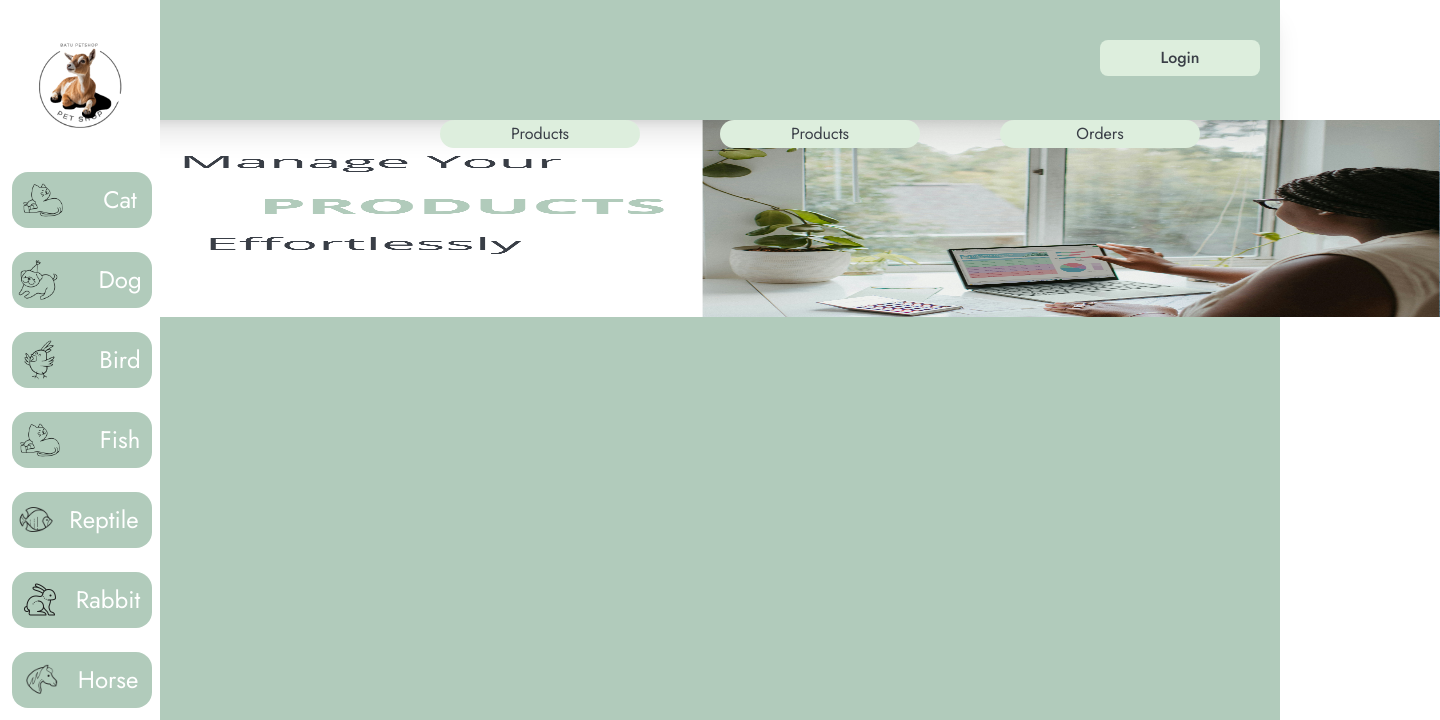
Repository: batu-call/batu-petshop
Page: /main (app in petshopp-appAdmin/admin/)
The author's editor kept a copy of each file at every save. The page is drawn from the files as they stood at one save, then again after the next save.
The browser window is 1280 px wide. The page is 1440 px wide, so the pictures cover 1440 px, including what lies to the right of the window. The pictures show the whole page.
The project was rebuilt for these pictures with package versions that can differ from the ones it lists, and the page was loaded fresh each time. The framework's server and built-in components were replaced by stand-ins that run in the browser. Also part of the build but not shown: petshopp-appAdmin/admin/next.config.ts.

Above is the page before, as saved 2025-09-21 01:50:44.

### petshopp-appAdmin/admin/src/app/layout.tsx
import type { Metadata } from "next";
import { Jost } from 'next/font/google';
import "./globals.css";

const jost = Jost({
  subsets: ['latin'],
  weight: ['400', '500', '700'],
});


export const metadata: Metadata = {
  title: "Batu Petshop AdminPanel",
  description: "Generated by create next app",
   icons: {
    icon: '/favicon.ico',
  },
};

export default function RootLayout({
  children,
}: Readonly<{
  children: React.ReactNode;
}>) {
  return (
    <html lang="en">
      <body
        className={`antialiased ${jost.className}`}
      >
        {children}
      </body>
    </html>
  );
}

### petshopp-appAdmin/admin/src/app/main/layout.tsx
import Main from "./controller/Main"

export default function MainLayout({ children }: { children: React.ReactNode }) {
  return <Main>{children}</Main>
}

### petshopp-appAdmin/admin/src/app/main/page.tsx
import React from 'react'
import Main from './controller/Main'


const page = () => {
  return (
    <div>
        <Main />
    </div>
  )
}

export default page

### petshopp-appAdmin/admin/src/app/globals.css
@import "tailwindcss";
@import "tw-animate-css";

@custom-variant dark (&:is(.dark *));

@layer utilities {
  .bg-primary {
    background-color: #B1CBBB;
  }
  .bg-secondary {
    background-color: #DDEEDD;
  }
  .bg-secondary_20 {
    background-color: rgba(221, 238, 221, 0.2);
  }
  .text-jost {
    font-family: 'Jost',sans-serif;
  }
  .text-color {
    color: #393E46;
  }
  .text-color2 {
    color: #B1CBBB;
  }
}

body {
  font-family: 'Jost', Arial, Helvetica, sans-serif
}

@theme inline {
  --radius-sm: calc(var(--radius) - 4px);
  --radius-md: calc(var(--radius) - 2px);
  --radius-lg: var(--radius);
  --radius-xl: calc(var(--radius) + 4px);
  --color-background: var(--background);
  --color-foreground: var(--foreground);
  --color-card: var(--card);
  --color-card-foreground: var(--card-foreground);
  --color-popover: var(--popover);
  --color-popover-foreground: var(--popover-foreground);
  --color-primary: var(--primary);
  --color-primary-foreground: var(--primary-foreground);
  --color-secondary: var(--secondary);
  --color-secondary-foreground: var(--secondary-foreground);
  --color-muted: var(--muted);
  --color-muted-foreground: var(--muted-foreground);
  --color-accent: var(--accent);
  --color-accent-foreground: var(--accent-foreground);
  --color-destructive: var(--destructive);
  --color-border: var(--border);
  --color-input: var(--input);
  --color-ring: var(--ring);
  --color-chart-1: var(--chart-1);
  --color-chart-2: var(--chart-2);
  --color-chart-3: var(--chart-3);
  --color-chart-4: var(--chart-4);
  --color-chart-5: var(--chart-5);
  --color-sidebar: var(--sidebar);
  --color-sidebar-foreground: var(--sidebar-foreground);
  --color-sidebar-primary: var(--sidebar-primary);
  --color-sidebar-primary-foreground: var(--sidebar-primary-foreground);
  --color-sidebar-accent: var(--sidebar-accent);
  --color-sidebar-accent-foreground: var(--sidebar-accent-foreground);
  --color-sidebar-border: var(--sidebar-border);
  --color-sidebar-ring: var(--sidebar-ring);
}

:root {
  --radius: 0.625rem;
  --background: oklch(1 0 0);
  --foreground: oklch(0.145 0 0);
  --card: oklch(1 0 0);
  --card-foreground: oklch(0.145 0 0);
  --popover: oklch(1 0 0);
  --popover-foreground: oklch(0.145 0 0);
  --primary: oklch(0.205 0 0);
  --primary-foreground: oklch(0.985 0 0);
  --secondary: oklch(0.97 0 0);
  --secondary-foreground: oklch(0.205 0 0);
  --muted: oklch(0.97 0 0);
  --muted-foreground: oklch(0.556 0 0);
  --accent: oklch(0.97 0 0);
  --accent-foreground: oklch(0.205 0 0);
  --destructive: oklch(0.577 0.245 27.325);
  --border: oklch(0.922 0 0);
  --input: oklch(0.922 0 0);
  --ring: oklch(0.708 0 0);
  --chart-1: oklch(0.646 0.222 41.116);
  --chart-2: oklch(0.6 0.118 184.704);
  --chart-3: oklch(0.398 0.07 227.392);
  --chart-4: oklch(0.828 0.189 84.429);
  --chart-5: oklch(0.769 0.188 70.08);
  --sidebar: oklch(0.985 0 0);
  --sidebar-foreground: oklch(0.145 0 0);
  --sidebar-primary: oklch(0.205 0 0);
  --sidebar-primary-foreground: oklch(0.985 0 0);
  --sidebar-accent: oklch(0.97 0 0);
  --sidebar-accent-foreground: oklch(0.205 0 0);
  --sidebar-border: oklch(0.922 0 0);
  --sidebar-ring: oklch(0.708 0 0);
}

.dark {
  --background: oklch(0.145 0 0);
  --foreground: oklch(0.985 0 0);
  --card: oklch(0.205 0 0);
  --card-foreground: oklch(0.985 0 0);
  --popover: oklch(0.205 0 0);
  --popover-foreground: oklch(0.985 0 0);
  --primary: oklch(0.922 0 0);
  --primary-foreground: oklch(0.205 0 0);
  --secondary: oklch(0.269 0 0);
  --secondary-foreground: oklch(0.985 0 0);
  --muted: oklch(0.269 0 0);
  --muted-foreground: oklch(0.708 0 0);
  --accent: oklch(0.269 0 0);
  --accent-foreground: oklch(0.985 0 0);
  --destructive: oklch(0.704 0.191 22.216);
  --border: oklch(1 0 0 / 10%);
  --input: oklch(1 0 0 / 15%);
  --ring: oklch(0.556 0 0);
  --chart-1: oklch(0.488 0.243 264.376);
  --chart-2: oklch(0.696 0.17 162.48);
  --chart-3: oklch(0.769 0.188 70.08);
  --chart-4: oklch(0.627 0.265 303.9);
  --chart-5: oklch(0.645 0.246 16.439);
  --sidebar: oklch(0.205 0 0);
  --sidebar-foreground: oklch(0.985 0 0);
  --sidebar-primary: oklch(0.488 0.243 264.376);
  --sidebar-primary-foreground: oklch(0.985 0 0);
  --sidebar-accent: oklch(0.269 0 0);
  --sidebar-accent-foreground: oklch(0.985 0 0);
  --sidebar-border: oklch(1 0 0 / 10%);
  --sidebar-ring: oklch(0.556 0 0);
}

@layer base {
  * {
    @apply border-border outline-ring/50;
  }
  body {
    @apply bg-background text-foreground;
  }
}

### petshopp-appAdmin/admin/src/app/main/controller/Main.tsx
import React from 'react'
import Navbar from '../../Navbar/page'
import Sidebar from '../../Sidebar/page'
import Image from 'next/image'

//1743
const Main = () => {
  return (
    <div className='w-full h-screen bg-primary'>
      {/* Navbar */}
      <Navbar />
      {/* Catgeory */}
      <Sidebar />
      <Image src={"/admin-banner3.png"} alt='admin-banner' width={1760} height={600} className='ml-40 h-[197px]' priority/>
    </div>
  )
}

export default Main

### petshopp-appAdmin/admin/src/app/Navbar/page.tsx
"use client"
import React, { useState } from 'react'
import Link from 'next/link'
import Image from 'next/image'
import { Button } from "@/components/ui/button"





const Page = () => {

  const [open, setOpen] = useState(false)

  return (
    <div>
      <div className='w-full h-30 bg-primary shadow-xl relative'>
        {/* Image */}
        <Link href={"/main"}>
      <div className='fixed'>
        <Image  src={"/logo.png"} alt='main-icon' width={500} height={500} className='flex justify-center items-center w-40 h-40'/>
      </div>
      </Link>
      {/* Image */}

      {/* Button */}
      <div className='absolute top-10 right-45'>
        <Button className='absolute cursor-pointer bg-secondary text-color w-40 text-base hover:bg-secondary'>Login</Button>
      </div>

      </div>
      <div className='flex gap-20 items-center justify-center absolute right-20'>
      {/* Buton + dropdown*/}
     <div
      className="relative inline-block"
      onMouseEnter={() => setOpen(true)}
      onMouseLeave={() => setOpen(false)}
    >
      {/* Buton */}
      <div className="w-50 h-7 rounded-xl bg-secondary flex items-center justify-center cursor-pointer">
        <h3 className="text-color text-jost">Products</h3>
      </div>

      {/* Dropdown */}
      {open && (
        <div className="absolute left-0 mt-1 w-50 bg-white shadow-lg rounded-xl z-10">
          <ul className="flex flex-col">
            <Link href="/AddProduct">
              <li>
                <a className="block px-4 py-2 hover:bg-gray-200 border-b-2 border-secondary">
                  Add Product
                </a>
              </li>
            </Link>
              <li>
                <a className="block px-4 py-2 hover:bg-gray-200 border-b-2 border-secondary">
                  All Products
                </a>
              </li>
              <li>
                <a className="block px-4 py-2 hover:bg-gray-200">Product Stats</a>
              </li>
          </ul>
        </div>
      )}
    </div>

           <div className="relative inline-block">
      {/* Buton + dropdown*/}
      <div className="group relative">
        <div className="w-50 h-7 rounded-xl bg-secondary flex items-center justify-center cursor-pointer">
          <h3 className="text-color text-jost">Products</h3>
        </div>

        {/* Dropdown */}
        <div className="absolute left-0 hidden group-hover:block mt-1 w-50 bg-white shadow-lg rounded-xl z-10">
          <ul className="flex flex-col">
            <Link href={"/AddProduct"}>
            <li>
                <a className="block px-4 py-2 hover:bg-gray-200 border-secondary border-b-2">Add Product</a>
            </li>
            </Link>
            <li>

                <a className="block px-4 py-2 hover:bg-gray-200 border-secondary border-b-2">All Products</a>

            </li>
            <li>

                <a className="block px-4 py-2 hover:bg-gray-200">Product Stats</a>

            </li>
          </ul>
        </div>
      </div>
    </div>

           <div className="relative inline-block">
      {/* Buton + dropdown*/}
      <div className="group relative">
        <div className="w-50 h-7 rounded-xl bg-secondary flex items-center justify-center cursor-pointer">
          <h3 className="text-color text-jost">Orders</h3>
        </div>

        {/* Dropdown */}
        <div className="absolute left-0 hidden group-hover:block mt-1 w-50 bg-white shadow-lg rounded-xl z-10">
          <ul className="flex flex-col">
            <li>
                <a className="block px-4 py-2 hover:bg-gray-200 border-secondary border-b-2">All Orders</a>

            </li>
            <li>

                <a className="block px-4 py-2 hover:bg-gray-200 border-secondary border-b-2">Processing Orders</a>

            </li>
            <li>

                <a className="block px-4 py-2 hover:bg-gray-200">Completed Orders</a>

            </li>
             <li>

                <a className="block px-4 py-2 hover:bg-gray-200">Order Stats</a>

            </li>
          </ul>
        </div>
      </div>
    </div>
      </div>
    </div>
  )
}

export default Page

### petshopp-appAdmin/admin/src/app/Sidebar/page.tsx
import React from 'react'
import Link from 'next/link'
import Image from 'next/image'

const page = () => {
  return (
    <div>
        <div className='w-40 h-screen bg-white fixed mt-7'>
        {/* Cat */}
        <Link href={"/Cat"}>
      <div className='bg-primary inline-block p-2 items-center mt-6 ml-3 rounded-2xl w-35'>
        <div className='flex gap-9 items-center justify-center'>
       <Image src="/cat_7721779.png" alt='cat-image'
       height={40}
       width={40}
       />
       <h2 className='text-2xl text-jost text-white p-1'>Cat</h2>
      </div>
      </div>
      </Link>
      {/* Dog */}
         <Link href={"/Dog"}>
       <div className='bg-primary inline-block p-2 items-center mt-6 ml-3 rounded-2xl w-35'>
        <div className='flex gap-9 items-center justify-center'>
       <Image src="/dog.png" alt='cat-image'
       height={40}
       width={40}
       />
       <h2 className='text-2xl text-jost text-white p-1'>Dog</h2>
      </div>
      </div>
      </Link>
      {/* BİRD */}
         <Link href={"/Bird"}>
       <div className='bg-primary inline-block p-2 items-center mt-6 ml-3 rounded-2xl w-35'>
        <div className='flex gap-9 items-center justify-center'>
       <Image src="/bird.png" alt='cat-image'
       height={40}
       width={40}
       />
       <h2 className='text-2xl text-jost text-white p-1'>Bird</h2>
      </div>
      </div>
      </Link>
      {/* FİSH */}
         <Link href={"/Fish"}>
       <div className='bg-primary inline-block p-2 items-center mt-6 ml-3 rounded-2xl w-35'>
        <div className='flex gap-9 items-center justify-center'>
       <Image src="/cat_7721779.png" alt='cat-image'
       height={40}
       width={40}
       />
       <h2 className='text-2xl text-jost text-white p-1'>Fish</h2>
      </div>
      </div>
      </Link>
      {/* Reptile */}
         <Link href={"/Reptile"}>
       <div className='bg-primary inline-block p-2 items-center mt-6 ml-3 rounded-2xl w-35'>
        <div className='flex gap-3 items-center justify-center'>
       <Image src="/fish.png" alt='cat-image'
       height={40}
       width={40}
       />
       <h2 className='text-2xl text-jost text-white mr-2'>Reptile</h2>
      </div>
      </div>
      </Link>
      {/* Rabbit */}
         <Link href={"/Rabbit"}>
       <div className='bg-primary inline-block p-2 items-center mt-6 ml-3 rounded-2xl w-35'>
        <div className='flex gap-3 items-center justify-center'>
       <Image src="/rabbit2.png" alt='cat-image'
       height={40}
       width={40}
       />
       <h2 className='text-2xl text-jost text-white p-1'>Rabbit</h2>
      </div>
      </div>
      </Link>
      {/* Horse */}
         <Link href={"/Horse"}>
       <div className='bg-primary inline-block p-2 items-center mt-6 ml-3 rounded-2xl w-35'>
        <div className='flex gap-3 items-center justify-center'>
       <Image src="/horse.png" alt='cat-image'
       height={40}
       width={40}
       />
       <h2 className='text-2xl text-jost text-white p-1'>Horse</h2>
      </div>
      </div>
      </Link>
      {/* Contact */}
         <Link href={"/Contact"}>
       <div className='bg-primary inline-block p-2 items-center mt-6 ml-3 rounded-2xl w-35'>
        <div className='flex gap-3 items-center justify-center'>
       <h2 className='text-2xl text-jost text-white p-1'>Contact</h2>
      </div>
      </div>
      </Link>
      {/* +category */}
       <div className='bg-primary inline-block p-2 items-center mt-6 ml-3 rounded-2xl w-35'>
        <div className='flex gap-3 items-center justify-center'>
       <h2 className='text-2xl text-jost text-white p-1'>+category</h2>
      </div>
      </div>
    </div>
    </div>
  )
}

export default page

### petshopp-appAdmin/admin/src/components/ui/button.tsx
import * as React from "react"
import { Slot } from "@radix-ui/react-slot"
import { cva, type VariantProps } from "class-variance-authority"

import { cn } from "@/lib/utils"

const buttonVariants = cva(
  "inline-flex items-center justify-center gap-2 whitespace-nowrap rounded-md text-sm font-medium transition-all disabled:pointer-events-none disabled:opacity-50 [&_svg]:pointer-events-none [&_svg:not([class*='size-'])]:size-4 shrink-0 [&_svg]:shrink-0 outline-none focus-visible:border-ring focus-visible:ring-ring/50 focus-visible:ring-[3px] aria-invalid:ring-destructive/20 dark:aria-invalid:ring-destructive/40 aria-invalid:border-destructive",
  {
    variants: {
      variant: {
        default: "bg-primary text-primary-foreground hover:bg-primary/90",
        destructive:
          "bg-destructive text-white hover:bg-destructive/90 focus-visible:ring-destructive/20 dark:focus-visible:ring-destructive/40 dark:bg-destructive/60",
        outline:
          "border bg-background shadow-xs hover:bg-accent hover:text-accent-foreground dark:bg-input/30 dark:border-input dark:hover:bg-input/50",
        secondary:
          "bg-secondary text-secondary-foreground hover:bg-secondary/80",
        ghost:
          "hover:bg-accent hover:text-accent-foreground dark:hover:bg-accent/50",
        link: "text-primary underline-offset-4 hover:underline",
      },
      size: {
        default: "h-9 px-4 py-2 has-[>svg]:px-3",
        sm: "h-8 rounded-md gap-1.5 px-3 has-[>svg]:px-2.5",
        lg: "h-10 rounded-md px-6 has-[>svg]:px-4",
        icon: "size-9",
      },
    },
    defaultVariants: {
      variant: "default",
      size: "default",
    },
  }
)

function Button({
  className,
  variant,
  size,
  asChild = false,
  ...props
}: React.ComponentProps<"button"> &
  VariantProps<typeof buttonVariants> & {
    asChild?: boolean
  }) {
  const Comp = asChild ? Slot : "button"

  return (
    <Comp
      data-slot="button"
      className={cn(buttonVariants({ variant, size, className }))}
      {...props}
    />
  )
}

export { Button, buttonVariants }

Loaded but not shown: petshopp-appAdmin/admin/src/lib/utils.ts (common file)

After the next save:
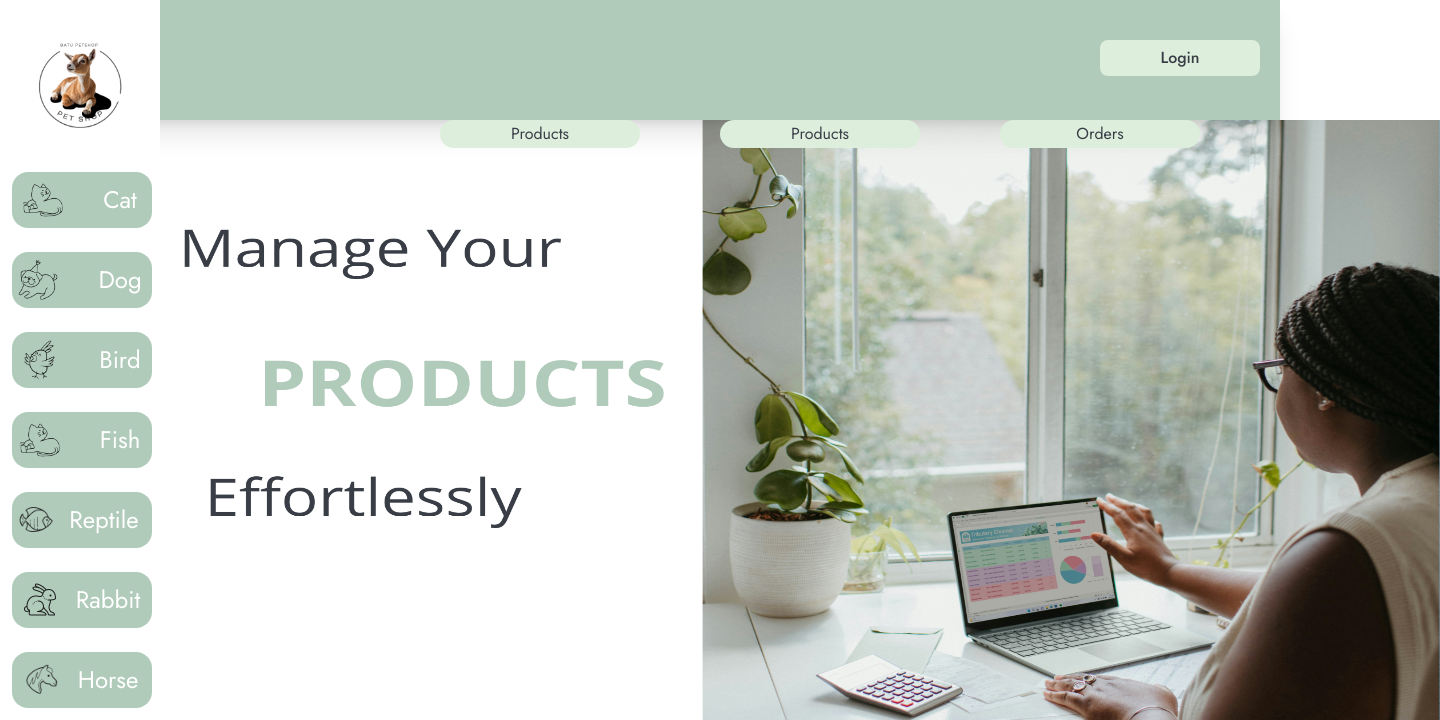
Saved 8 s later.
--- a/petshopp-appAdmin/admin/src/app/main/controller/Main.tsx
+++ b/petshopp-appAdmin/admin/src/app/main/controller/Main.tsx
@@ -11,7 +11,7 @@ const Main = () => {
       <Navbar />
       {/* Catgeory */}
       <Sidebar />
-      <Image src={"/admin-banner3.png"} alt='admin-banner' width={1760} height={600} className='ml-40 h-[197px]' priority/>
+      <Image src={"/admin-banner3.png"} alt='admin-banner' width={1760} height={600} className='ml-40 h-[600px]' priority/>
     </div>
   )
 }
